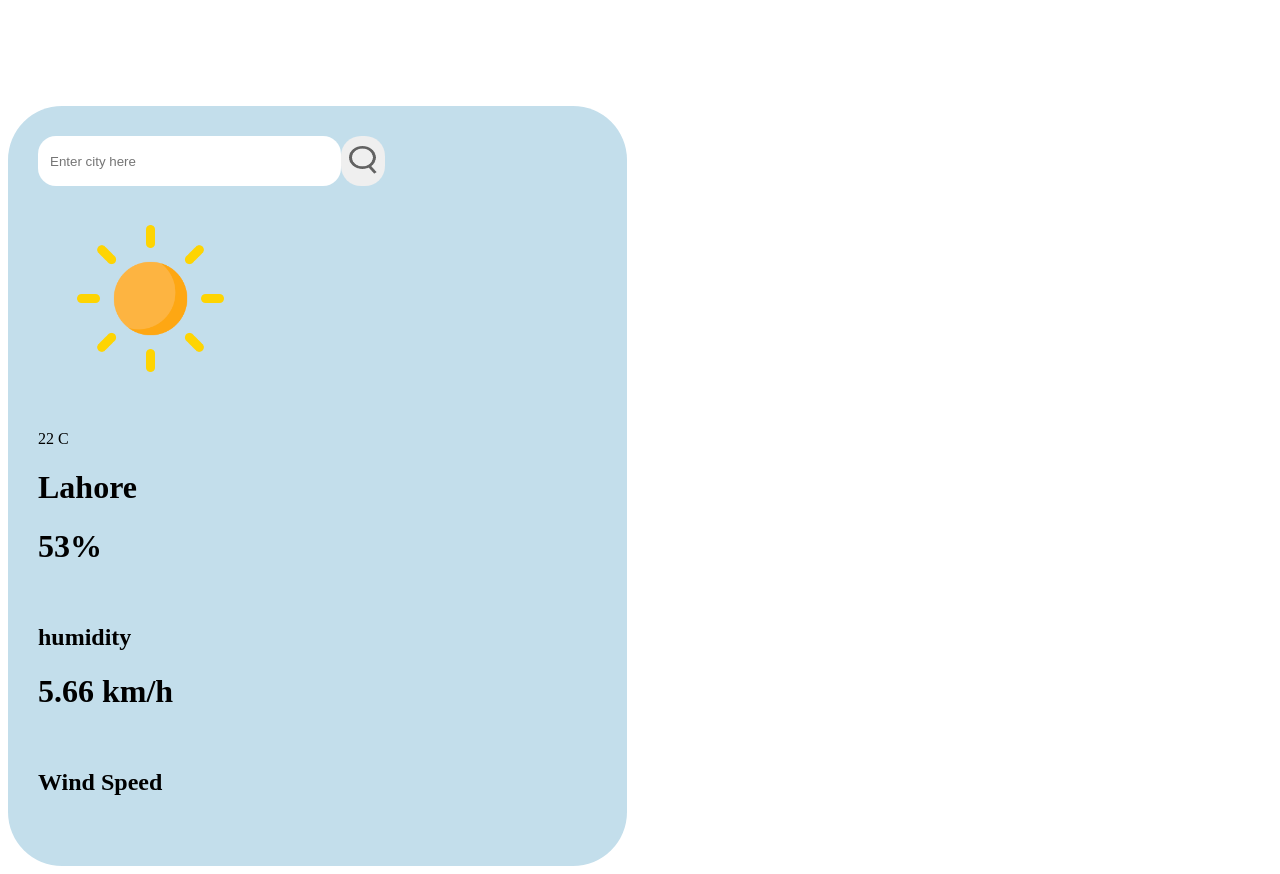
Repository: WajihaGul/Javascripts-Projects
Page: WEATHER APP/index.html
An editor plug-in stored every save of this project. The page is shown before and after the next save, followed by the edit.
The browser window is 1280 px wide. The pictures show the whole page.

Above is the page before, as saved 2024-06-07 15:39:27.
Not found: WEATHER APP/script.js

After the next save:
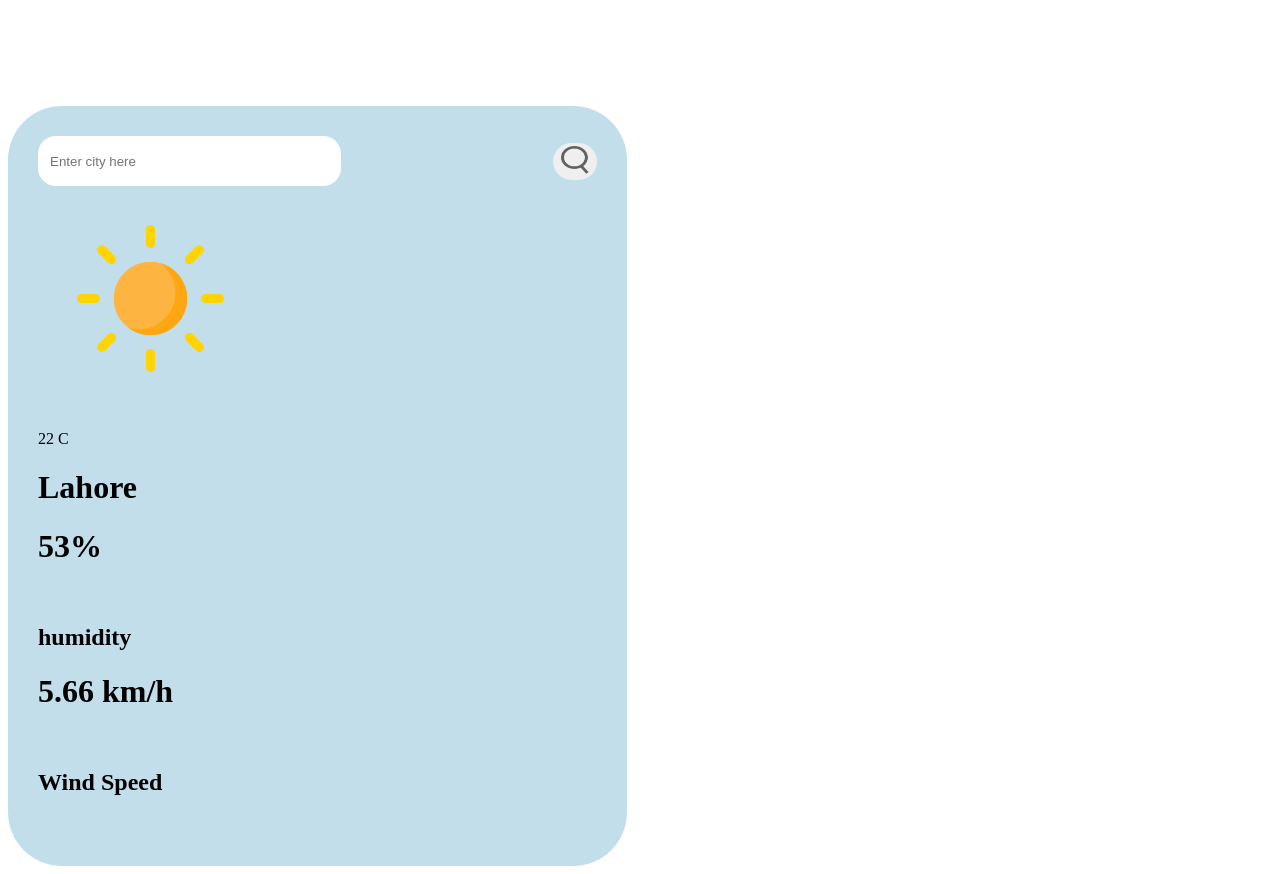
Saved 113 s later.
--- a/WEATHER APP/style.css
+++ b/WEATHER APP/style.css
@@ -18,6 +18,10 @@
 .SearchDiv{
     display: flex;
     flex-direction: row;
+    display: flex;
+    flex-direction: row;
+    align-items: center;
+    justify-content: space-between;
 }
 .btnimg{
     height: 28px;
